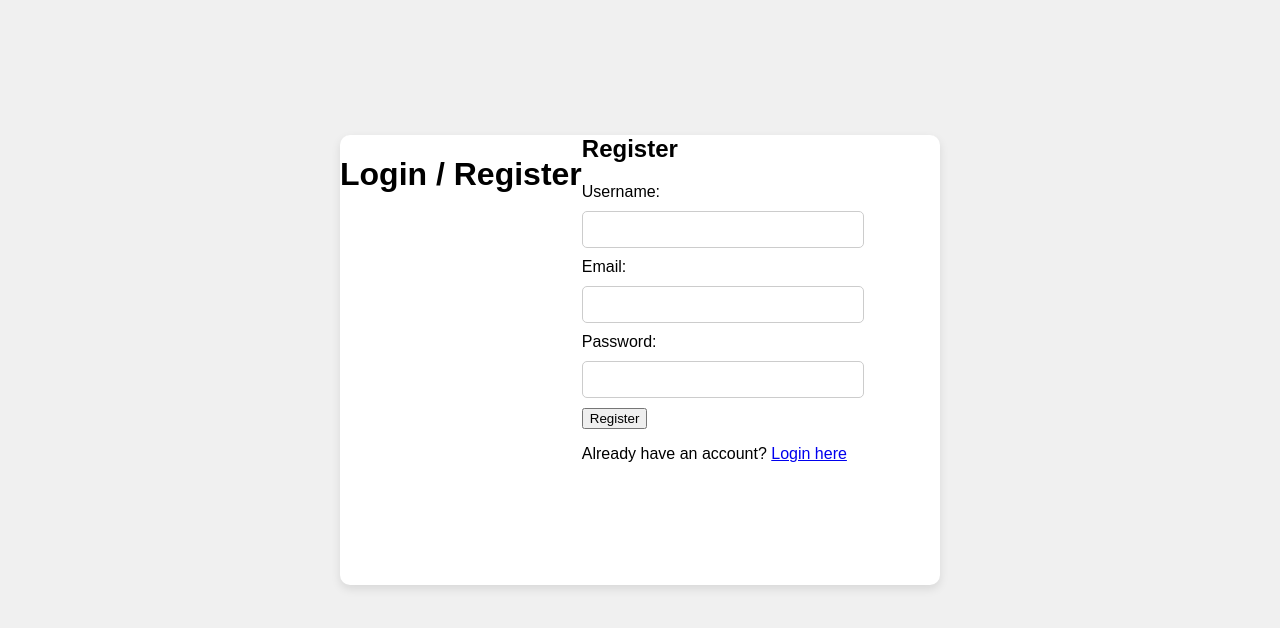
Repository: lavanya787/ml_system
Page: http://localhost/
The author's editor kept a copy of each file at every save. The page is drawn from the files as they stood at one save, then again after the next save.
The browser window is 1280 px wide. The pictures show the whole page.
The page is served by the project's application, run on Flask 3 (flask_app.py).

Above is the page before, as saved 2025-05-31 14:13:01.

After the next save:
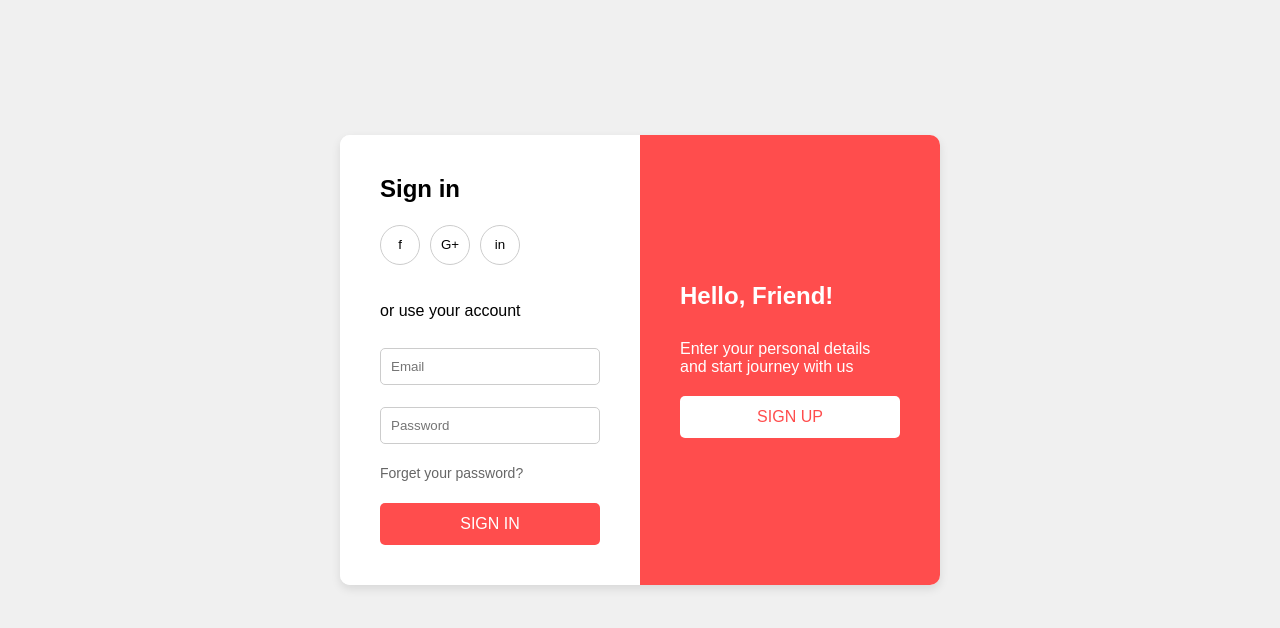
Saved 5 s later.
--- a/templates/index.html
+++ b/templates/index.html
@@ -3,48 +3,57 @@
 <head>
     <meta charset="UTF-8">
     <meta name="viewport" content="width=device-width, initial-scale=1.0">
-    <title>Login and Register</title>
-    <link rel="stylesheet" href="/static/style.css">
+    <title>🤖Chatbot</title>
+    <link rel="stylesheet" href="{{ url_for('static', filename='style.css') }}">
 </head>
 <body>
-    <div class="container">
-        <h1>Login / Register</h1>
-        <div id="message"></div>
+    <!-- Notification div -->
+    <div id="notification" class="notification" style="display: none;">
+        <span id="notification-message"></span>
+    </div>
 
-        <!-- Register Form -->
-        <div id="register-form">
-            <h2>Register</h2>
-            <div>
-                <label for="reg-username">Username:</label>
-                <input type="text" id="reg-username" required>
+    <div class="container" id="login-container">
+        <div class="form-section">
+            <h2>Sign in</h2>
+            <div class="social-buttons">
+                <button>f</button>
+                <button>G+</button>
+                <button>in</button>
             </div>
-            <div>
-                <label for="reg-email">Email:</label>
-                <input type="email" id="reg-email" required>
-            </div>
-            <div>
-                <label for="reg-password">Password:</label>
-                <input type="password" id="reg-password" required>
-            </div>
-            <button onclick="register()">Register</button>
-            <p>Already have an account? <a href="#" onclick="showLogin()">Login here</a></p>
+            <p>or use your account</p>
+            <input type="email" id="login-email" placeholder="Email" required>
+            <input type="password" id="login-password" placeholder="Password" required>
+            <a href="#" class="forgot-password">Forget your password?</a>
+            <button class="action-button" onclick="handleLogin()">SIGN IN</button>
         </div>
-
-        <!-- Login Form -->
-        <div id="login-form" style="display: none;">
-            <h2>Login</h2>
-            <div>
-                <label for="login-email">Email:</label>
-                <input type="email" id="login-email" required>
-            </div>
-            <div>
-                <label for="login-password">Password:</label>
-                <input type="password" id="login-password" required>
-            </div>
-            <button onclick="login()">Login</button>
-            <p>Don't have an account? <a href="#" onclick="showRegister()">Register here</a></p>
+        <div class="welcome-section" id="signup-section">
+            <h2>Hello, Friend!</h2>
+            <p>Enter your personal details and start journey with us</p>
+            <button class="action-button" onclick="showRegister()">SIGN UP</button>
         </div>
     </div>
-    <script src="/static/script.js"></script>
+
+    <div class="container" id="register-container" style="display: none;">
+        <div class="welcome-section">
+            <h2>Welcome Back!</h2>
+            <p>To keep connected with us please login with your personal info</p>
+            <button class="action-button" onclick="showLogin()">SIGN IN</button>
+        </div>
+        <div class="form-section">
+            <h2>Create Account</h2>
+            <div class="social-buttons">
+                <button>f</button>
+                <button>G+</button>
+                <button>in</button>
+            </div>
+            <p>or use your email for registration</p>
+            <input type="text" id="register-username" placeholder="Name" required>
+            <input type="email" id="register-email" placeholder="Email" required>
+            <input type="password" id="register-password" placeholder="Password" required>
+            <button class="action-button" onclick="handleRegister()">SIGN UP</button>
+        </div>
+    </div>
+
+    <script src="{{ url_for('static', filename='script.js') }}"></script>
 </body>
 </html>

After the save that followed:
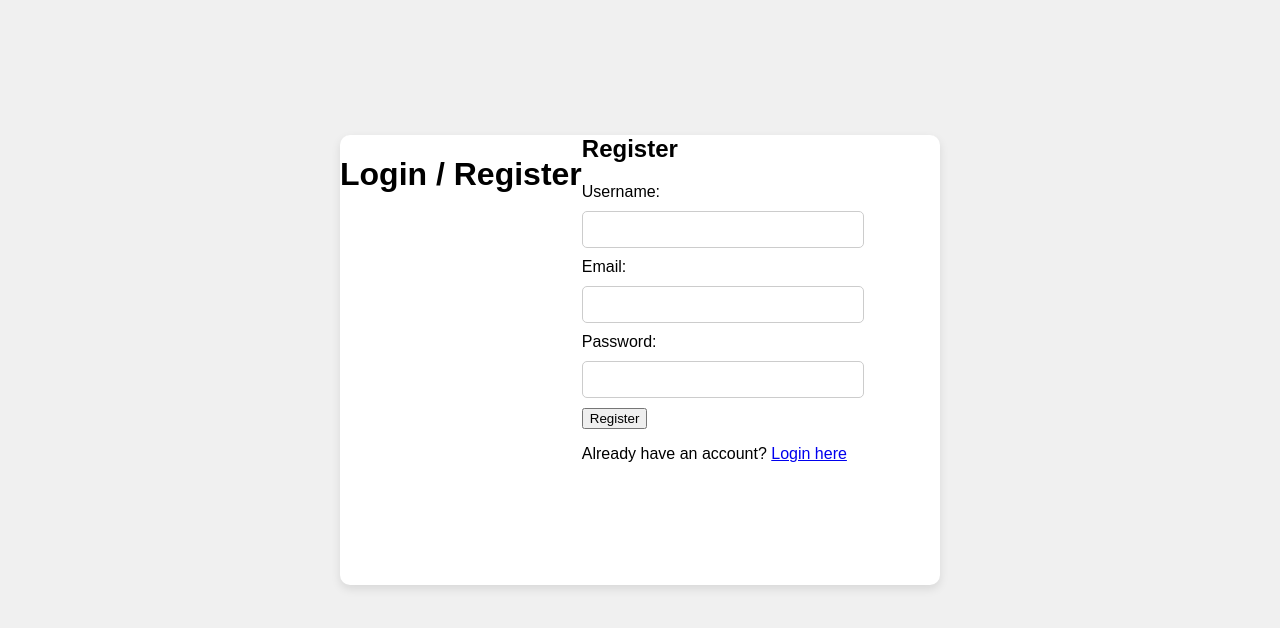
Saved 4 s later.
--- a/templates/index.html
+++ b/templates/index.html
@@ -3,57 +3,48 @@
 <head>
     <meta charset="UTF-8">
     <meta name="viewport" content="width=device-width, initial-scale=1.0">
-    <title>🤖Chatbot</title>
-    <link rel="stylesheet" href="{{ url_for('static', filename='style.css') }}">
+    <title>Login and Register</title>
+    <link rel="stylesheet" href="/static/style.css">
 </head>
 <body>
-    <!-- Notification div -->
-    <div id="notification" class="notification" style="display: none;">
-        <span id="notification-message"></span>
-    </div>
+    <div class="container">
+        <h1>Login / Register</h1>
+        <div id="message"></div>
 
-    <div class="container" id="login-container">
-        <div class="form-section">
-            <h2>Sign in</h2>
-            <div class="social-buttons">
-                <button>f</button>
-                <button>G+</button>
-                <button>in</button>
+        <!-- Register Form -->
+        <div id="register-form">
+            <h2>Register</h2>
+            <div>
+                <label for="reg-username">Username:</label>
+                <input type="text" id="reg-username" required>
             </div>
-            <p>or use your account</p>
-            <input type="email" id="login-email" placeholder="Email" required>
-            <input type="password" id="login-password" placeholder="Password" required>
-            <a href="#" class="forgot-password">Forget your password?</a>
-            <button class="action-button" onclick="handleLogin()">SIGN IN</button>
+            <div>
+                <label for="reg-email">Email:</label>
+                <input type="email" id="reg-email" required>
+            </div>
+            <div>
+                <label for="reg-password">Password:</label>
+                <input type="password" id="reg-password" required>
+            </div>
+            <button onclick="register()">Register</button>
+            <p>Already have an account? <a href="#" onclick="showLogin()">Login here</a></p>
         </div>
-        <div class="welcome-section" id="signup-section">
-            <h2>Hello, Friend!</h2>
-            <p>Enter your personal details and start journey with us</p>
-            <button class="action-button" onclick="showRegister()">SIGN UP</button>
+
+        <!-- Login Form -->
+        <div id="login-form" style="display: none;">
+            <h2>Login</h2>
+            <div>
+                <label for="login-email">Email:</label>
+                <input type="email" id="login-email" required>
+            </div>
+            <div>
+                <label for="login-password">Password:</label>
+                <input type="password" id="login-password" required>
+            </div>
+            <button onclick="login()">Login</button>
+            <p>Don't have an account? <a href="#" onclick="showRegister()">Register here</a></p>
         </div>
     </div>
-
-    <div class="container" id="register-container" style="display: none;">
-        <div class="welcome-section">
-            <h2>Welcome Back!</h2>
-            <p>To keep connected with us please login with your personal info</p>
-            <button class="action-button" onclick="showLogin()">SIGN IN</button>
-        </div>
-        <div class="form-section">
-            <h2>Create Account</h2>
-            <div class="social-buttons">
-                <button>f</button>
-                <button>G+</button>
-                <button>in</button>
-            </div>
-            <p>or use your email for registration</p>
-            <input type="text" id="register-username" placeholder="Name" required>
-            <input type="email" id="register-email" placeholder="Email" required>
-            <input type="password" id="register-password" placeholder="Password" required>
-            <button class="action-button" onclick="handleRegister()">SIGN UP</button>
-        </div>
-    </div>
-
-    <script src="{{ url_for('static', filename='script.js') }}"></script>
+    <script src="/static/script.js"></script>
 </body>
 </html>
